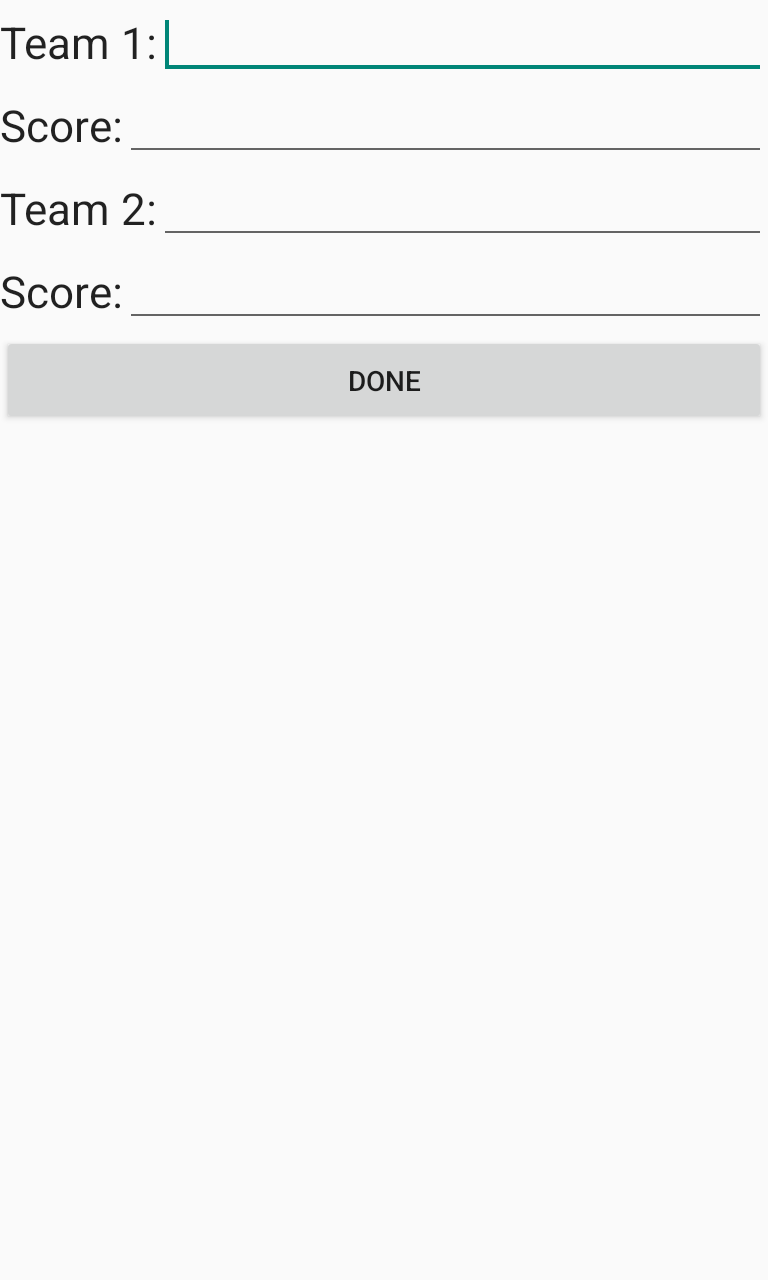
Repository: charlesweng/school
Layout: simpleandroidapps/GettingToKnowUIActivities/charleswengScoringProject/charleswengScoring/res/layout/fragment_teamdialog.xml
The author's editor kept a copy of each file at every save. The layout is drawn from the files as they stood at one save, then again after the next save.
It is drawn on a 768 x 1280 px phone screen (xhdpi) without system bars, with theme AppTheme; the app's code is not run.

Above is the layout before, as saved 2014-04-26 15:50:04.

### simpleandroidapps/GettingToKnowUIActivities/charleswengScoringProject/charleswengScoring/res/layout/fragment_teamdialog.xml
<?xml version="1.0" encoding="utf-8"?>
<RelativeLayout xmlns:android="http://schemas.android.com/apk/res/android"
    android:layout_width="match_parent"
    android:layout_height="match_parent"
    android:orientation="vertical" >

    <TextView
        android:id="@+id/team1name"
        android:layout_width="wrap_content"
        android:layout_height="wrap_content"
        android:layout_alignParentTop="true"
        android:layout_alignParentLeft="true"
        android:layout_alignBaseline="@+id/editTeam1"
        android:text="@string/team_1_edit"
        android:textAppearance="?android:attr/textAppearanceLarge" />

    <TextView
        android:id="@+id/team2name"
        android:layout_width="wrap_content"
        android:layout_height="wrap_content"
        android:layout_below="@+id/team1score"
        android:layout_alignBaseline="@+id/editTeam2"
        android:layout_alignParentLeft="true"
        android:text="@string/team_2_edit"
        android:textAppearance="?android:attr/textAppearanceLarge" />

    <TextView
        android:id="@+id/team1score"
        android:layout_width="wrap_content"
        android:layout_height="wrap_content"
        android:layout_below="@+id/team1name"
        android:layout_alignBaseline="@+id/editScore1"
        android:layout_alignParentLeft="true"
        android:text="@string/score"
        android:textAppearance="?android:attr/textAppearanceLarge" />

    <TextView
        android:id="@+id/team2score"
        android:layout_width="wrap_content"
        android:layout_height="wrap_content"
        android:layout_below="@+id/team2name"
        android:layout_alignBaseline="@+id/editScore2"
        android:layout_alignParentLeft="true"
        android:text="@string/score"
        android:textAppearance="?android:attr/textAppearanceLarge" />

    <EditText
        android:id="@+id/editTeam1"
        android:layout_width="fill_parent"
        android:layout_height="wrap_content"
        android:layout_alignParentRight="true"
        android:layout_alignParentTop="true"
        android:layout_toRightOf="@+id/team1name"
        android:inputType="text"
        android:ems="10" >
        <requestFocus />
    </EditText>

    <EditText
        android:id="@+id/editTeam2"
        android:layout_width="fill_parent"
        android:layout_height="wrap_content"
        android:layout_alignParentRight="true"
        android:layout_below="@+id/editScore1"
        android:layout_toRightOf="@+id/team2name"
        android:inputType="text"
        android:ems="10" >
    </EditText>

    <EditText
        android:id="@+id/editScore1"
        android:layout_width="fill_parent"
        android:layout_height="wrap_content"
        android:layout_alignParentRight="true"
        android:layout_below="@+id/editTeam1"
        android:layout_toRightOf="@+id/team1score"
        android:inputType="number"
        android:ems="10" >
    </EditText>

    <EditText
        android:id="@+id/editScore2"
        android:layout_width="fill_parent"
        android:layout_height="wrap_content"
        android:layout_alignParentRight="true"
        android:layout_below="@+id/editTeam2"
        android:layout_toRightOf="@+id/team2score"
        android:inputType="number"
        android:ems="10" >
    </EditText>

    <Button
        android:id="@+id/button1"
        android:layout_width="fill_parent"
        android:layout_height="wrap_content"
        android:layout_below="@+id/editScore2"
        android:layout_centerHorizontal="true"
        android:text="@string/done"
	/>

</RelativeLayout>

### simpleandroidapps/GettingToKnowUIActivities/charleswengScoringProject/charleswengScoring/res/values/strings.xml
<?xml version="1.0" encoding="utf-8"?>
<resources>

    <string name="app_name">charleswengScoring</string>
    <string name="hello_world">Hello world!</string>
    <string name="action_settings">Settings</string>
    <string name="enter_date">Enter Date</string>
    <string name="date">Date</string>
    <string name="enter_game">Enter Game</string>
    <string name="team_1">Team 1</string>
    <string name="team_2">Team 2</string>
    <string name="team_1_edit">Team 1:</string>
    <string name="team_2_edit">Team 2:</string>
    <string name="zero">0</string>
    <string name="next_game">Next Game</string>
    <string name="title_activity_date_picker">DatePicker</string>
	<string name="done">Done</string>
	<string name="score">Score:</string>
</resources>

Loaded but not shown: simpleandroidapps/GettingToKnowUIActivities/charleswengScoringProject/charleswengScoring/res/values/styles.xml (common file); simpleandroidapps/GettingToKnowUIActivities/charleswengScoringProject/charleswengScoring/res/values-v11/styles.xml (common file); simpleandroidapps/GettingToKnowUIActivities/charleswengScoringProject/charleswengScoring/res/values-v14/styles.xml (common file)

After the next save:
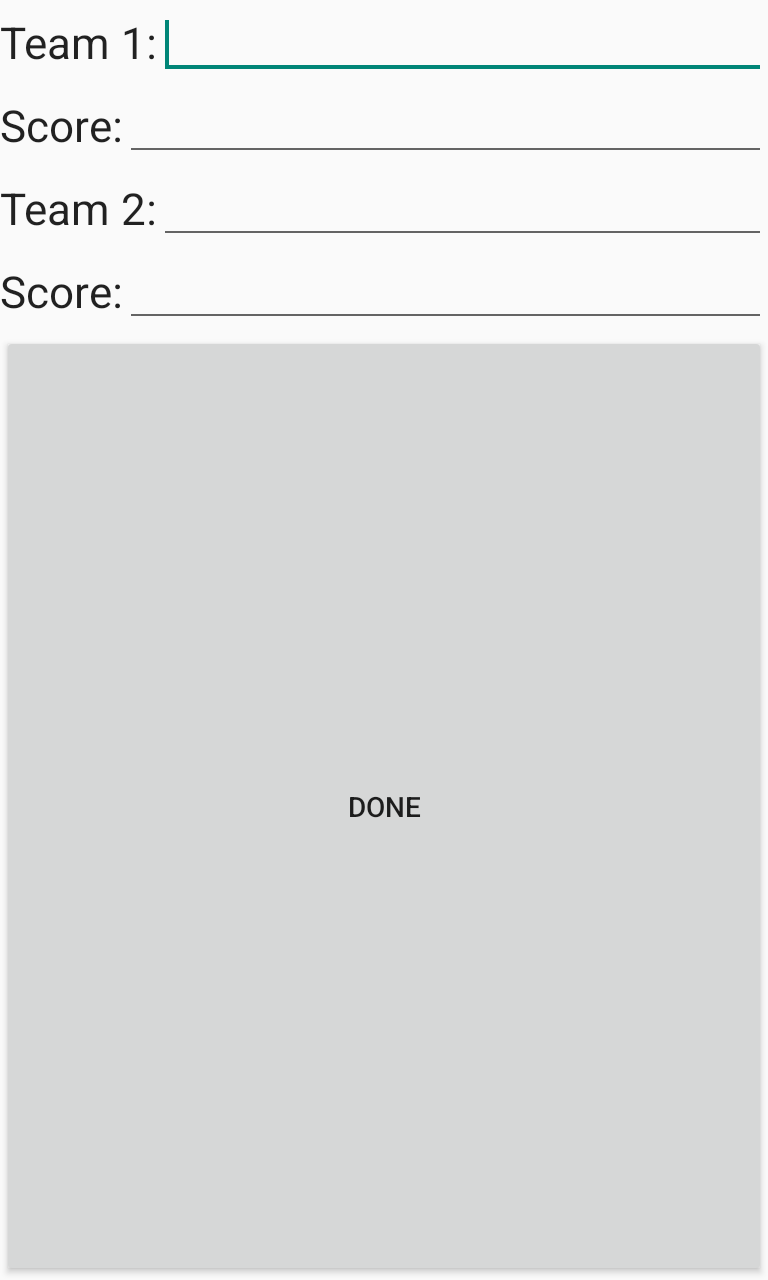
Saved 4 min 47 s later.
--- a/simpleandroidapps/GettingToKnowUIActivities/charleswengScoringProject/charleswengScoring/res/layout/fragment_teamdialog.xml
+++ b/simpleandroidapps/GettingToKnowUIActivities/charleswengScoringProject/charleswengScoring/res/layout/fragment_teamdialog.xml
@@ -1,7 +1,7 @@
 <?xml version="1.0" encoding="utf-8"?>
 <RelativeLayout xmlns:android="http://schemas.android.com/apk/res/android"
-    android:layout_width="match_parent"
-    android:layout_height="match_parent"
+    android:layout_width="wrap_content"
+    android:layout_height="wrap_content"
     android:orientation="vertical" >
 
     <TextView
@@ -91,11 +91,10 @@
 
     <Button
         android:id="@+id/button1"
-        android:layout_width="fill_parent"
-        android:layout_height="wrap_content"
+        android:layout_width="match_parent"
+        android:layout_height="match_parent"
         android:layout_below="@+id/editScore2"
         android:layout_centerHorizontal="true"
-        android:text="@string/done"
-	/>
+        android:text="@string/done" />
 
 </RelativeLayout>

After the save that followed:
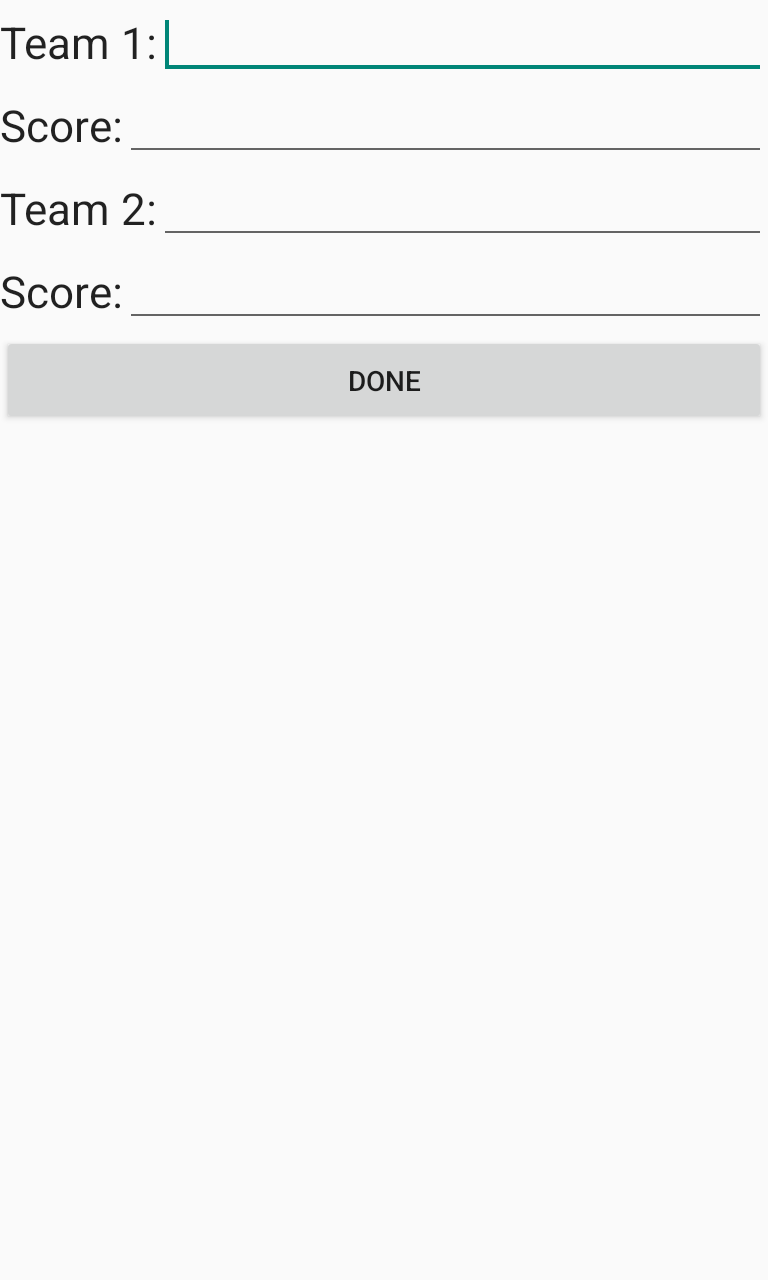
Saved 8 s later.
--- a/simpleandroidapps/GettingToKnowUIActivities/charleswengScoringProject/charleswengScoring/res/layout/fragment_teamdialog.xml
+++ b/simpleandroidapps/GettingToKnowUIActivities/charleswengScoringProject/charleswengScoring/res/layout/fragment_teamdialog.xml
@@ -91,8 +91,8 @@
 
     <Button
         android:id="@+id/button1"
-        android:layout_width="match_parent"
-        android:layout_height="match_parent"
+        android:layout_width="fill_parent"
+        android:layout_height="wrap_content"
         android:layout_below="@+id/editScore2"
         android:layout_centerHorizontal="true"
         android:text="@string/done" />
